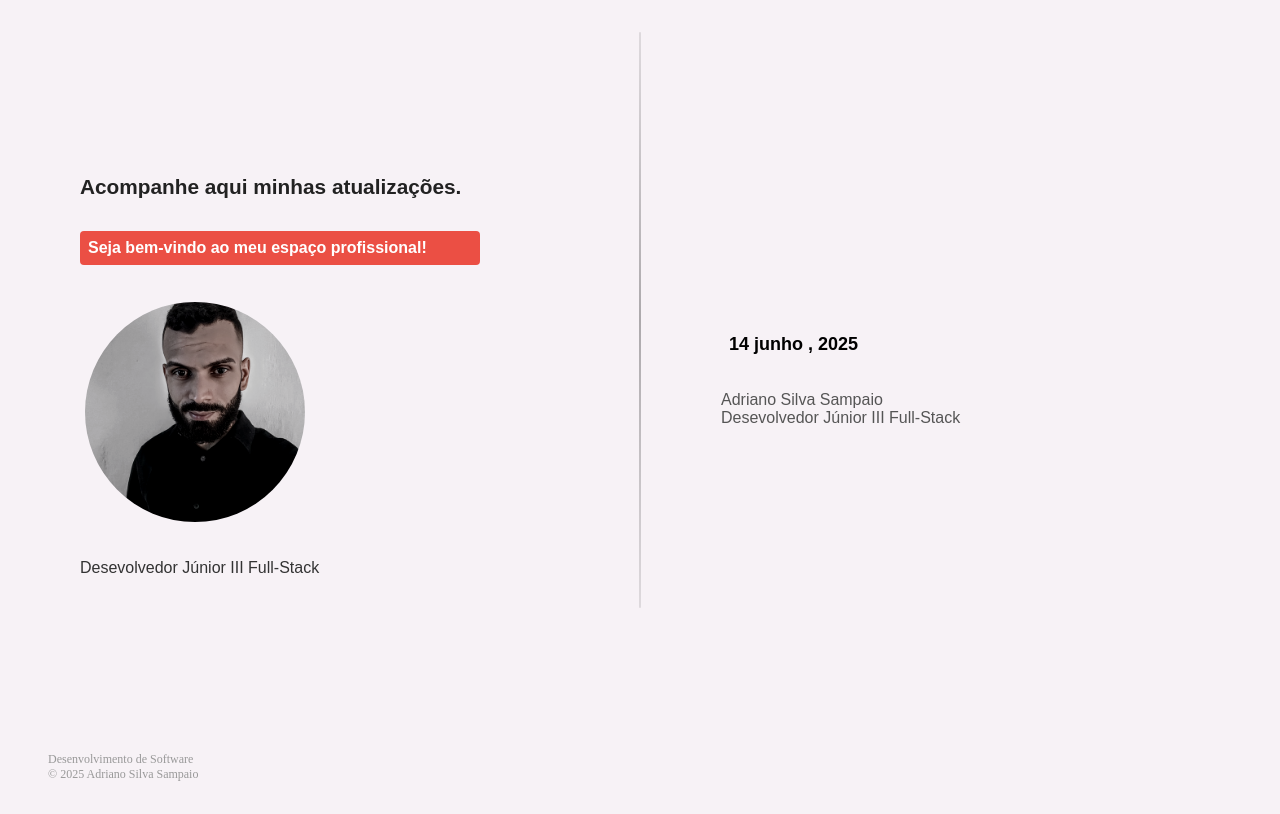
Repository: umdevadriano/portifolio2025
Page: /
The author's editor kept a copy of each file at every save. The page is drawn from the files as they stood at one save, then again after the next save.
The browser window is 1280 px wide. The pictures show the whole page.
The project was rebuilt for these pictures with package versions that can differ from the ones it lists, and the page was loaded fresh each time. Also part of the build but not shown: vite.config.ts.

Above is the page before, as saved 2025-06-22 18:49:12.

After the next save:
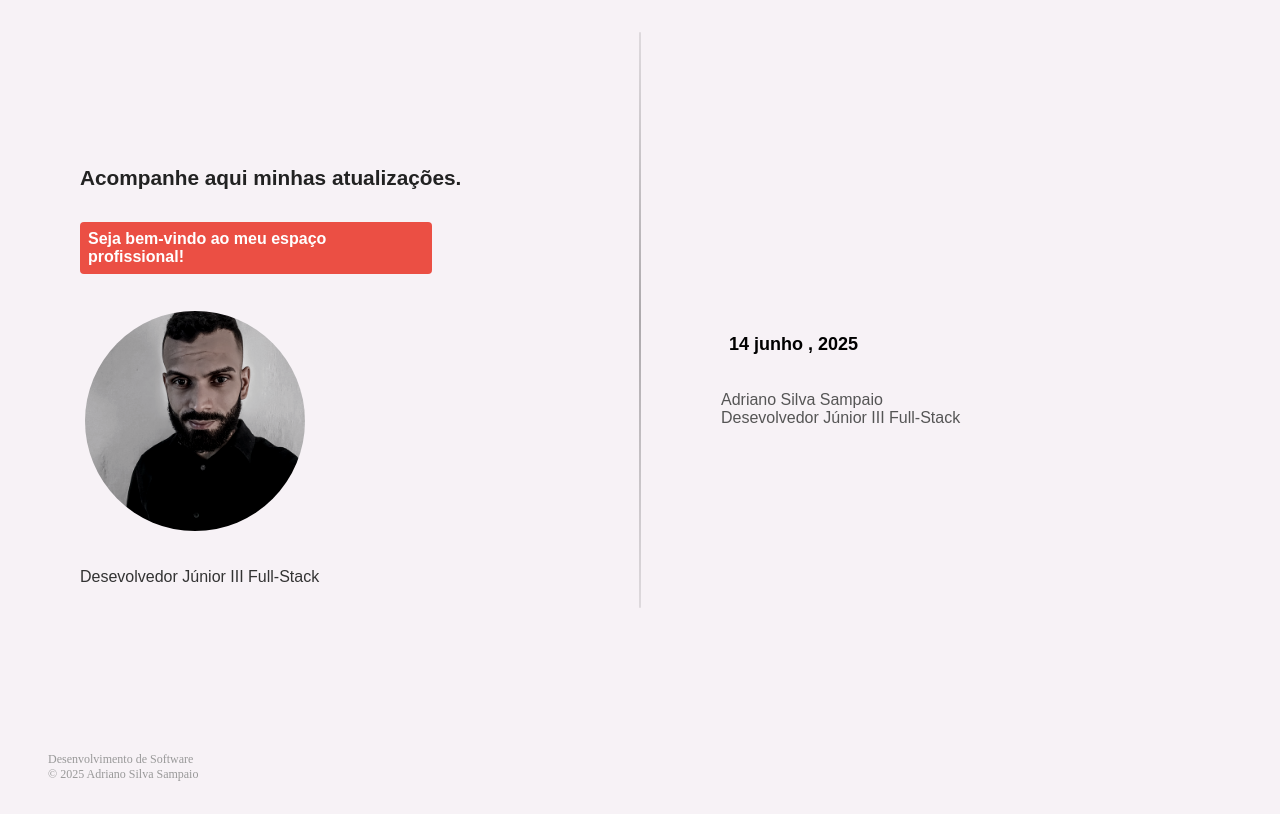
Saved 9 s later.
--- a/src/componentes/Banner/Banner.tsx
+++ b/src/componentes/Banner/Banner.tsx
@@ -14,7 +14,7 @@
         font-size: 16px;
         display: inline-block;
         border-radius: 4px;
-        width: 25rem;
+        width: 22rem;
     `;
     return (
         <>

After the save that followed:
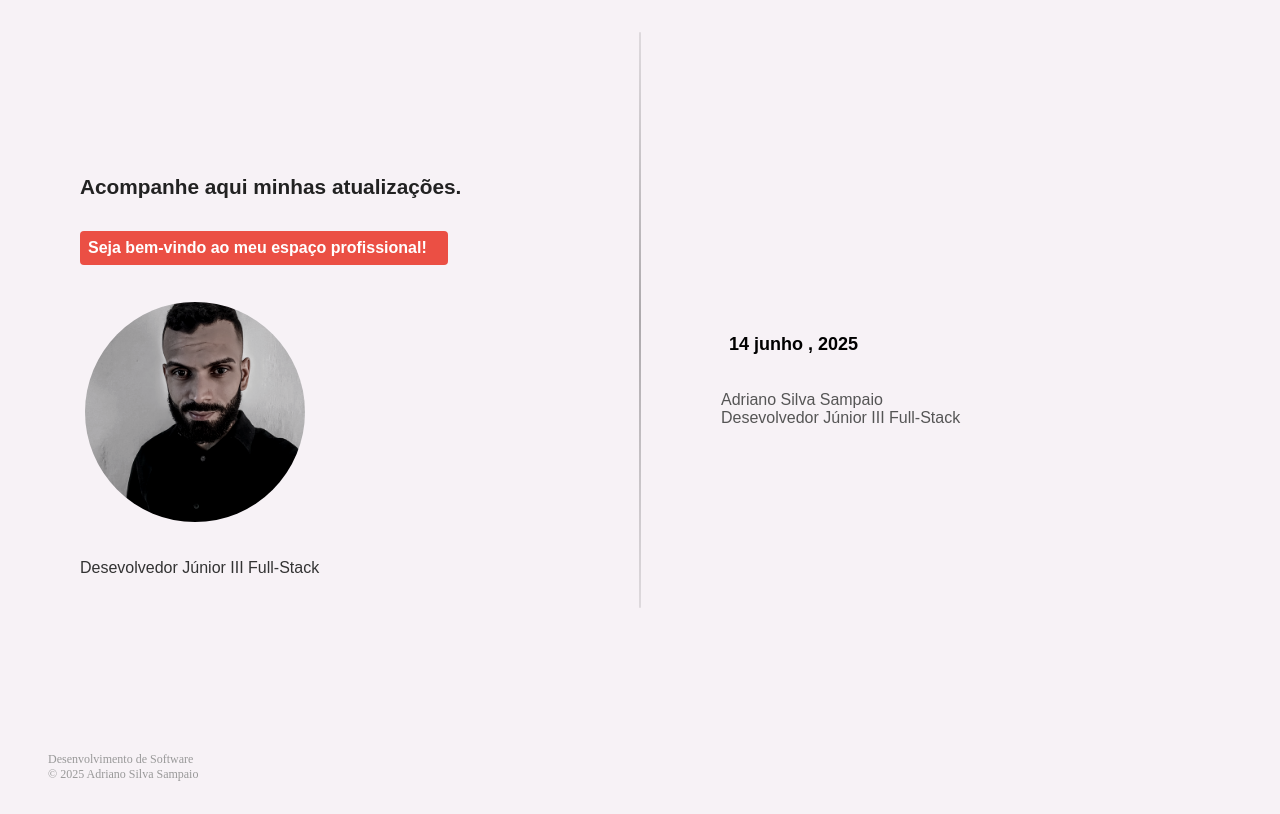
Saved 4 s later.
--- a/src/componentes/Banner/Banner.tsx
+++ b/src/componentes/Banner/Banner.tsx
@@ -14,7 +14,7 @@
         font-size: 16px;
         display: inline-block;
         border-radius: 4px;
-        width: 22rem;
+        width: 23rem;
     `;
     return (
         <>
